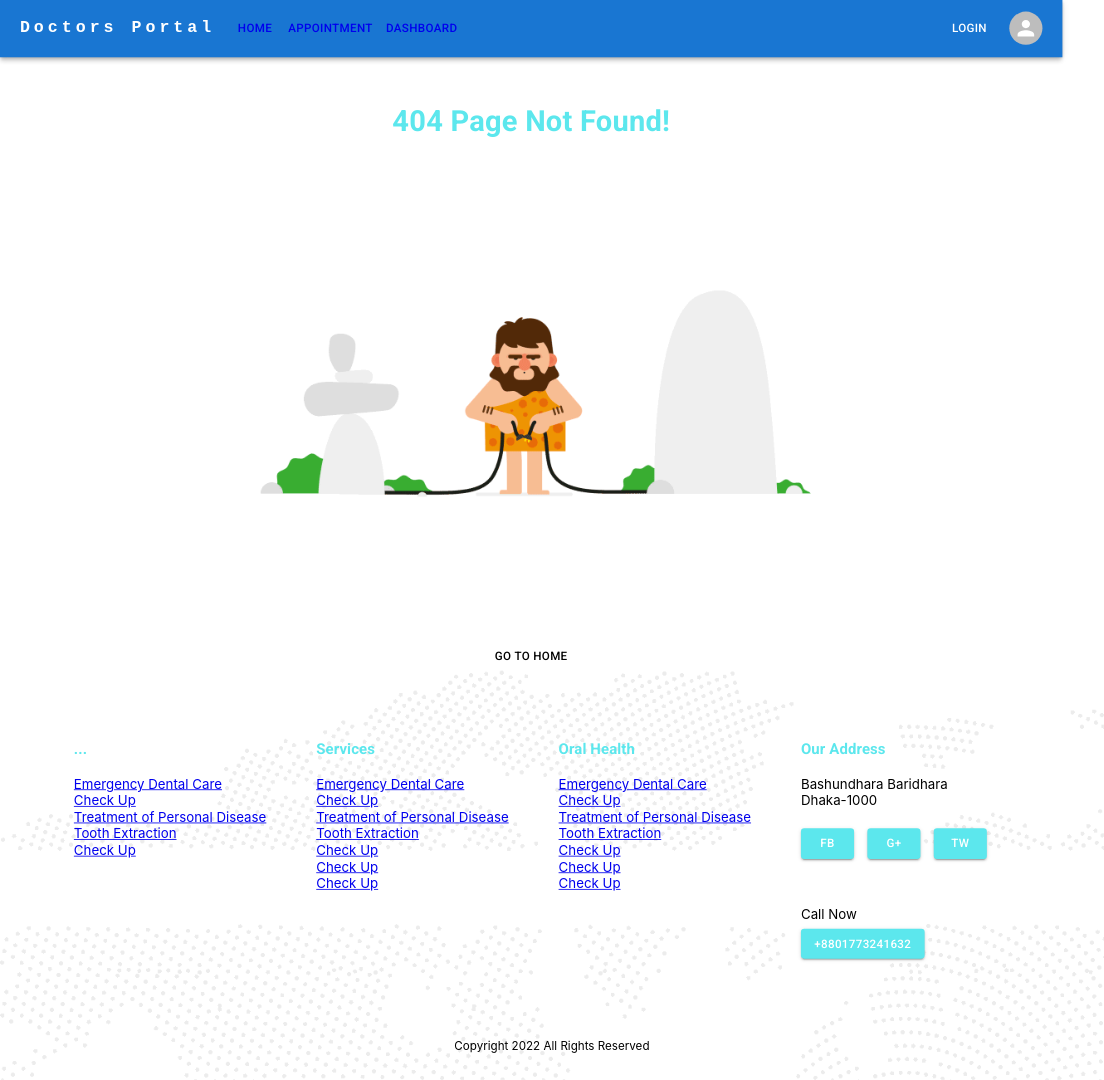
Repository: Sharif-00112/doctors-portal-client
Page: /checkUp
These files come from the project's save history. The page is drawn as it stood at one moment and after the next save; the edit follows.
The browser window is 1280 px wide. The page is 1330 px wide, then 1280 px, so the pictures cover 1330 px, including what lies to the right of the window. The pictures show the whole page, at 83% of full size.
The page's requests for data from a server got no answer. The project was rebuilt for these pictures with package versions that can differ from the ones it lists, and the page was loaded fresh each time. No one was signed in, and anything a server would have sent is missing. Also part of the build but not shown: src/Pages/Shared/Navigation/Navigation.js, src/Pages/Home/AppointmentBanner/AppointmentBanner.js, src/Pages/Home/Banner/Banner.js, src/Pages/Home/Contact/Contact.js, src/Pages/Home/Service/Service.js, src/Pages/Home/Services/Services.js, src/Pages/Home/Story/Story.js, src/Pages/Home/Home/Home.js and 15 more. Imported but missing from the stored project, and not drawn on this page: src/hooks/useTitle.

Above is the page before, as saved 2022-11-25 20:08:56.

### public/index.html
<!DOCTYPE html>
<html lang="en">
  <head>
    <meta charset="utf-8" />
    <link rel="icon" href="%PUBLIC_URL%/favicon.ico" />
    <meta name="viewport" content="width=device-width, initial-scale=1" />
    <meta name="theme-color" content="#000000" />
    <meta
      name="description"
      content="Web site created using create-react-app"
    />
    <link
      rel="stylesheet" href="https://fonts.googleapis.com/css?family=Roboto:300,400,500,700&display=swap"
    />

    <link rel="apple-touch-icon" href="%PUBLIC_URL%/logo192.png" />
    <!--
      manifest.json provides metadata used when your web app is installed on a
      user's mobile device or desktop. See https://developers.google.com/web/fundamentals/web-app-manifest/
    -->
    <link rel="manifest" href="%PUBLIC_URL%/manifest.json" />
    <!--
      Notice the use of %PUBLIC_URL% in the tags above.
      It will be replaced with the URL of the `public` folder during the build.
      Only files inside the `public` folder can be referenced from the HTML.

      Unlike "/favicon.ico" or "favicon.ico", "%PUBLIC_URL%/favicon.ico" will
      work correctly both with client-side routing and a non-root public URL.
      Learn how to configure a non-root public URL by running `npm run build`.
    -->
    <title>React App</title>
  </head>
  <body>
    <noscript>You need to enable JavaScript to run this app.</noscript>
    <div id="root"></div>
    <!--
      This HTML file is a template.
      If you open it directly in the browser, you will see an empty page.

      You can add webfonts, meta tags, or analytics to this file.
      The build step will place the bundled scripts into the <body> tag.

      To begin the development, run `npm start` or `yarn start`.
      To create a production bundle, use `npm run build` or `yarn build`.
    -->
  </body>
</html>

### src/App.js
import './App.css';
import { BrowserRouter as Router, Route, Routes} from 'react-router-dom';
import Home from './Pages/Home/Home/Home';
import Appointment from './Pages/Appointment/Appointment/Appointment';
import Login from './Pages/Login/Login/Login';
import Register from './Pages/Login/Register/Register';
import AuthProvider from './contexts/AuthProvider/AuthProvider';
import PrivateRoute from './Pages/Login/PrivateRoute/PrivateRoute';
import NotFound from './Pages/NotFound/NotFound';
import Dashboard from './Pages/Dashboard/Dashboard/Dashboard';
import ResponsiveNavigation from './Pages/Shared/Navigation/ResponsiveNavigation';
import Footer from './Pages/Shared/Footer/Footer';

function App() {
  return (
    <div className="App">
      <AuthProvider>
        <Router>
          {/* <Header></Header> */}
          <ResponsiveNavigation></ResponsiveNavigation>
          <Routes>
            <Route exact path = '/' element={<Home/>}/>
            <Route exact path = '/home' element={<Home/>}/>
            <Route exact path = '/login' element={<Login/>}/>
            <Route exact path = '/register' element={<Register/>}/>
            <Route exact path = '/appointment' element = {
              <PrivateRoute>
                <Appointment></Appointment>
              </PrivateRoute>
            }> </Route>
            <Route path = 'dashboard/*' element = {
              <PrivateRoute>
                <Dashboard></Dashboard>
              </PrivateRoute>
            }> </Route>
            <Route path = '*' element={<NotFound/>}/>
          </Routes>
          <Footer></Footer>
        </Router>
      </AuthProvider>
    </div>
  );
}

export default App;

### src/contexts/AuthProvider/AuthProvider.js
import React from 'react';
import { createContext } from 'react';
import useFirebase from '../../hooks/useFirebase';

//step-1-context
export const AuthContext = createContext();

const AuthProvider = (props) => {
    //step-3-context
    const {children} = props;

    //step-5-context
    const allContexts = useFirebase();

    return (
        //step-2-context
        <AuthContext.Provider value={allContexts}>
            {children}
        </AuthContext.Provider>
    );
};

export default AuthProvider;

### src/Pages/NotFound/NotFound.js
import React from 'react';
import Typography from '@mui/material/Typography';
import { NavLink } from 'react-router-dom';
import { Button } from '@mui/material';
import errorIMG from '../../images/images/dribbble_1.gif'

const NotFound = () => {
    return (
        <div>
            <Typography sx={{ mt:7, fontSize: 35, fontWeight: 600 }} style={{color: '#5CE7ED'}} variant="h4" component="div">
                404 Page Not Found!
            </Typography>
            <img src={errorIMG} alt="404 Page Not Found!" />
            <br />
            <NavLink
                // style={{ textDecoration:'none'}}
                to='/'>
                <Button sx={{ color: 'black' }}>
                    Go to Home
                </Button>
            </NavLink>
        </div>
    );
};

export default NotFound;

### src/Pages/Shared/Footer/Footer.js
import { Container } from '@mui/system';
import React from 'react';
import bg from '../../../images/images/footer-bg.png'
import Typography from '@mui/material/Typography';
import Box from '@mui/material/Box';
import Grid from '@mui/material/Unstable_Grid2';
import { Link } from 'react-router-dom';
import { Button } from '@mui/material';
// import { Icon } from '@mui/material';
// import FacebookRoundedIcon from '@mui/icons-material/FacebookRounded';
// import { FontAwesomeIcon } from '@fortawesome/react-fontawesome';
// import { faShoppingCart  } from '@fortawesome/free-solid-svg-icons';

const appointmentBanner = {
    background: `url(${bg})`,
    padding: 25,
    width: '100%'
}

const Footer = () => {
    return (
        <div style={appointmentBanner}>
            <Container sx={{ py: 5 }}>
                <Box sx={{ flexGrow: 1 }}>
                    <Grid container spacing={2}>
                        <Grid item style={{ textAlign: 'left'}} xs={6} md={3}>
                            <Typography sx={{ my:2, fontSize: 18, fontWeight: 600 }} style={{color: '#5CE7ED'}} variant="h6" component="div">
                                ...
                            </Typography>
                            <Link to = '/emergencyDentalCare'>
                                Emergency Dental Care
                            </Link>
                            <br />
                            <Link to = '/checkUp'>
                                Check Up
                            </Link>
                            <br />
                            <Link to = '/treatmentOfPersonalDisease'>
                                Treatment of Personal Disease
                            </Link>
                            <br />
                            <Link to = '/toothExtraction'>
                                Tooth Extraction
                            </Link>
                            <br />
                            <Link to = '/checkUp'>
                                Check Up
                            </Link>
                        </Grid>
                        <Grid item style={{ textAlign: 'left'}} xs={6} md={3}>
                            <Typography sx={{ my:2, fontSize: 18, fontWeight: 600 }} style={{color: '#5CE7ED'}} variant="h6" component="div">
                                Services
                            </Typography>
                            <Link to = '/emergencyDentalCare'>
                                Emergency Dental Care
                            </Link>
                            <br />
                            <Link to = '/checkUp'>
                                Check Up
                            </Link>
                            <br />
                            <Link to = '/treatmentOfPersonalDisease'>
                                Treatment of Personal Disease
                            </Link>
                            <br />
                            <Link to = '/toothExtraction'>
                                Tooth Extraction
                            </Link>
                            <br />
                            <Link to = '/checkUp'>
                                Check Up
                            </Link>
                            <br />
                            <Link to = '/checkUp'>
                                Check Up
                            </Link>
                            <br />
                            <Link to = '/checkUp'>
                                Check Up
                            </Link>
                        </Grid>
                        <Grid item style={{ textAlign: 'left'}} xs={6} md={3}>
                            <Typography sx={{ my:2, fontSize: 18, fontWeight: 600 }} style={{color: '#5CE7ED'}} variant="h6" component="div">
                                Oral Health
                            </Typography>
                            <Link to = '/emergencyDentalCare'>
                                Emergency Dental Care
                            </Link>
                            <br />
                            <Link to = '/checkUp'>
                                Check Up
                            </Link>
                            <br />
                            <Link to = '/treatmentOfPersonalDisease'>
                                Treatment of Personal Disease
                            </Link>
                            <br />
                            <Link to = '/toothExtraction'>
                                Tooth Extraction
                            </Link>
                            <br />
                            <Link to = '/checkUp'>
                                Check Up
                            </Link>
                            <br />
                            <Link to = '/checkUp'>
                                Check Up
                            </Link>
                            <br />
                            <Link to = '/checkUp'>
                                Check Up
                            </Link>
                        </Grid>
                        <Grid item style={{ textAlign: 'left'}} xs={6} md={3}>
                            <Typography sx={{ my:2, fontSize: 18, fontWeight: 600 }} style={{color: '#5CE7ED'}} variant="h6" component="div">
                                Our Address
                            </Typography>
                            <Typography sx={{ fontSize: 16, fontWeight: 400 }} variant="" component="div">
                                    Bashundhara Baridhara <br />
                                    Dhaka-1000
                            </Typography>

                            {/* <Button>
                                <FontAwesomeIcon icon={faShoppingCart} /> Cart
                                <FontAwesomeIcon icon="fa-brands fa-facebook" />
                            </Button> */}

                            <a href="https://www.facebook.com/" target="_blank" style={{ textDecoration:'none', color:'white' }}>
                                <Button sx={{ mt:3, mr:2 }} variant="contained" style={{backgroundColor: '#5CE7ED'}}>
                                    FB
                                </Button>
                            </a>
                            <a href="https://www.google.com/" target="_blank" style={{ textDecoration:'none', color:'white' }}>
                                <Button sx={{ mt:3, mr:2 }} variant="contained" style={{backgroundColor: '#5CE7ED'}}>
                                    G+
                                </Button>
                            </a>
                            <a href="https://twitter.com/" target="_blank" style={{ textDecoration:'none', color:'white' }}>
                                <Button sx={{ mt:3, mr:2 }} variant="contained" style={{backgroundColor: '#5CE7ED'}}>
                                    TW
                                </Button>
                            </a>

                            <Typography sx={{ mt:7, fontSize: 16, fontWeight: 400 }} variant="" component="div">
                                    Call Now
                            </Typography>
                            <a href="tel:+8801773241632" style={{ textDecoration:'none', color:'white' }}>
                                <Button sx={{ mt:1, mr:2 }} variant="contained" style={{backgroundColor: '#5CE7ED'}}>
                                    +8801773241632
                                </Button>
                            </a>
                        </Grid>
                    </Grid>
                </Box>
            </Container>
            <Typography sx={{ my:1, mt:7, fontSize: 14, fontWeight: 400 }} variant="" component="div">
                Copyright 2022 All Rights Reserved
            </Typography>
        </div>
    );
};

export default Footer;

### src/hooks/useAuth.js
//step-6-context

import { useContext } from "react"
import { AuthContext } from "../../src/contexts/AuthProvider/AuthProvider"

const useAuth = () =>{
    return useContext(AuthContext);
}

export default useAuth;

### src/hooks/useFirebase.js
import { useState } from "react";
import initializeAuthentication from "../Pages/Login/Firebase/firebase.initialize";
import { getAuth, signInWithPopup, GoogleAuthProvider, onAuthStateChanged, signOut, FacebookAuthProvider, createUserWithEmailAndPassword, signInWithEmailAndPassword, sendPasswordResetEmail, updatePassword, sendEmailVerification, updateProfile, getIdToken } from "firebase/auth";
import { useEffect } from "react";

initializeAuthentication();

const useFirebase = () =>{
    const [user, setUser] = useState({});
    const [error, setError] = useState('');
    const [name, setName] = useState('');
    const [email, setEmail] = useState('');
    const [password, setPassword] = useState('');
    const [isLoading, setIsLoading] = useState(true);
    const [admin, setAdmin] = useState(false);
    const [token, setToken] = useState('');

    const googleProvider = new GoogleAuthProvider();
    // const gitProvider = new GithubAuthProvider();
    const facebookProvider = new FacebookAuthProvider();
    const auth = getAuth();

    const signInUsingGoogle = () =>{
      setIsLoading(true);
      signInWithPopup(auth, googleProvider)
      .then((result) => {
          // This gives you a Google Access Token. You can use it to access the Google API.
          // const credential = GoogleAuthProvider.credentialFromResult(result);
          // const token = credential.accessToken;
          // The signed-in user info.
          setUser(result.user);
          // save user to the database
          saveUserToDB(result.user.email, result.user.displayName, 'PUT');
      }).catch((error) => {
          // Handle Errors here.
          setError(error.code);
          setError(error.message);
          // The email of the user's account used.
          setError(error.customData.email);
          // The AuthCredential type that was used.
          setError(GoogleAuthProvider.credentialFromError(error));
      }).finally(() =>{
        setIsLoading(false);
      });
    };

    const signInUsingFacebook = () =>{
      setIsLoading(true);
      signInWithPopup(auth, facebookProvider)
      .then((result) => {
        // The signed-in user info.
        setUser(result.user);
        // save user to the database
        saveUserToDB(result.user.email, result.user.displayName, 'PUT');

        // This gives you a Facebook Access Token. You can use it to access the Facebook API.
        // const credential = FacebookAuthProvider.credentialFromResult(result);
        // const accessToken = credential.accessToken;
      })
      .catch((error) => {
        // Handle Errors here.
        setError(error.code);
        setError(error.message);
        // The email of the user's account used.
        setError(error.customData.email);
        // The AuthCredential type that was used.
        setError(FacebookAuthProvider.credentialFromError(error));
      }).finally(() =>{
        setIsLoading(false);
      });
    };

    const customLogin = (email, password) =>{
      setIsLoading(true);
      signInWithEmailAndPassword(auth, email, password)
      .then((userCredential) => {
        // Signed in
        setUser(userCredential.user);
        setError('');
      })
      .catch((error) => {
        setError(error.code);
        setError(error.message);
      })
      .finally(() => setIsLoading(false));
    };

    const customRegister = (email, password) =>{
      setIsLoading(true);
      createUserWithEmailAndPassword(auth, email, password)
      .then((userCredential) => {
        // Signed in
        // const user = userCredential.user;
        // console.log(user);
        setUser(userCredential.user);
        // save user to the database
        saveUserToDB(userCredential.user.email, userCredential.user.displayName, 'POST')
        // clear error message
        setError('');
      })
      .catch((error) => {
        setError(error.code);
        setError(error.message);
      })
      .finally(() => setIsLoading(false));
    };

    const handleLoginSubmitBtn = e =>{
      e.preventDefault();
      // console.log(email, password);
      customLogin(email, password);
    }

    const handleRegisterSubmitBtn = e =>{
      e.preventDefault();
      // console.log(email, password);

      if(!/.{8,}/.test(password)){
        setError('Ensure password is of minimum length 8');
        return;
      }
      if(!/(?=.*[A-Z])/.test(password)){
        setError('Ensure password has minimum one uppercase letters');
        return;
      }
      if(!/(?=.*[!@#$%^&*()\-__+.])/.test(password)){
        setError('Ensure password has minimum one special case letter');
        return;
      }
      if(!/(?=.*[0-9])/.test(password)){
        setError('Ensure password has minimum one digits');
        return;
      }
      if(!/(?=.*[a-z])/.test(password)){
        setError('Ensure password has minimum one lowercase letters');
        return;
      }
      customRegister(email, password);
    }

    const handleNameChange = e =>{
      setName(e.target.value);
    }

    const handleEmailChange = e =>{
      setEmail(e.target.value);
    }

    const handlePasswordChange = e =>{
      setPassword(e.target.value);
    }

    const handleForgotPassword = () =>{
      sendPasswordResetEmail(auth, email)
      .then(() => {
        // Password reset email sent!
      })
      .catch((error) => {
        setError(error.code);
        setError(error.message);
      });
    }

    const handleChangePassword = () =>{
      const user = auth.currentUser;
      const newPassword = password;
      updatePassword(user, newPassword).then(() => {
        // Update successful.
      }).catch((error) => {
        setError(error.code);
        setError(error.message);
      });
    }

    const setUserName = () =>{
      updateProfile(auth.currentUser, {
        displayName: name
      }).then(() => {
        // Profile updated!
      }).catch((error) => {
        setError(error.code);
        setError(error.message);
      });
    }

    const verifyEmail = () =>{
      sendEmailVerification(auth.currentUser)
      .then(() => {
        // Email verification sent!
      }).catch((error) => {
        setError(error.code);
        setError(error.message);
      });
    }

    //observe user login change
    useEffect(()=>{
        const unsubscribe = onAuthStateChanged(auth, (user) => {
            if (user) {
              // User is signed in
              setUser(user);

              //JWT
              getIdToken(user)
              // .then(idToken => console.log(idToken))
              // .then(idToken => localStorage.setItem('idToken', idToken))
              .then(idToken => setToken(idToken))

            } else {
              // User is signed out
              setUser({});
            }
            setIsLoading(false);
          });
          return () => unsubscribe;
    },[auth]);

    // check Admin
    useEffect( () =>{
      fetch(`http://localhost:3005/users/${user.email}`)
      .then(res => res.json())
      .then(data => setAdmin(data.admin))
    } ,[user.email])

    const logout = () =>{
      setIsLoading(true);
      signOut(auth)
      .then(() => {
          // Sign-out successful.
          setUser({});
        }).catch((error) => {
          setError(error);
        }).finally(()=>{
          setIsLoading(false);
        });
    }

    const saveUserToDB = (email, displayName, method) =>{
      const user = {email, displayName};
      fetch('http://localhost:3005/users', {
          method: method,
          headers: {
              'content-type' : 'application/json'
          },
          body: JSON.stringify(user)
      })
      .then()
    }

    return {
      signInUsingGoogle,
      signInUsingFacebook,
      customLogin,
      customRegister,
      handleLoginSubmitBtn,
      handleRegisterSubmitBtn,
      handleNameChange,
      handleEmailChange,
      handlePasswordChange,
      handleForgotPassword,
      handleChangePassword,
      verifyEmail,
      setUserName,
      logout,
      user,
      admin,
      error,
      isLoading,
      token
    };
}

export default useFirebase;

### src/Pages/Login/Firebase/firebase.initialize.js
import { initializeApp } from "firebase/app";
import firebaseConfig from "./firebase.config";

const initializeAuthentication = () =>{
    initializeApp(firebaseConfig);
}

export default initializeAuthentication;

### src/Pages/Login/Firebase/firebase.config.js
// console.log(process.env);

const firebaseConfig = {
  apiKey: process.env.REACT_APP_FIREBASE_API_KEY,
  authDomain: process.env.REACT_APP_FIREBASE_AUTH_DOMAIN,
  projectId: process.env.REACT_APP_FIREBASE_PROJECT_ID,
  storageBucket: process.env.REACT_APP_FIREBASE_STORAGE_BUCKET,
  messagingSenderId: process.env.REACT_APP_FIREBASE_MESSAGING_SENDER_ID,
  appId: process.env.REACT_APP_FIREBASE_APP_ID,
  measurementId: process.env.REACT_APP_FIREBASE_MEASUREMENT_ID
};

export default firebaseConfig;

// .env.local
// REACT_APP_FIREBASE_API_KEY=AIzaSyCENU3GB_9S_0atKuxThVeipx-DW0iqgW0
// REACT_APP_FIREBASE_AUTH_DOMAIN=doctors-portal-00112.firebaseapp.com
// REACT_APP_FIREBASE_PROJECT_ID=doctors-portal-00112
// REACT_APP_FIREBASE_STORAGE_BUCKET=doctors-portal-00112.appspot.com
// REACT_APP_FIREBASE_MESSAGING_SENDER_ID=392940465552
// REACT_APP_FIREBASE_APP_ID=1:392940465552:web:273b27a817caf3ceaf9715
// REACT_APP_FIREBASE_MEASUREMENT_ID=G-SJ34R75ZFB

Loaded but not shown: src/index.js (common file); src/index.css (common file); src/reportWebVitals.js (common file); src/App.css (common file); src/Pages/Shared/Navigation/ResponsiveNavigation.js (227 lines, source omitted)

After the next save:
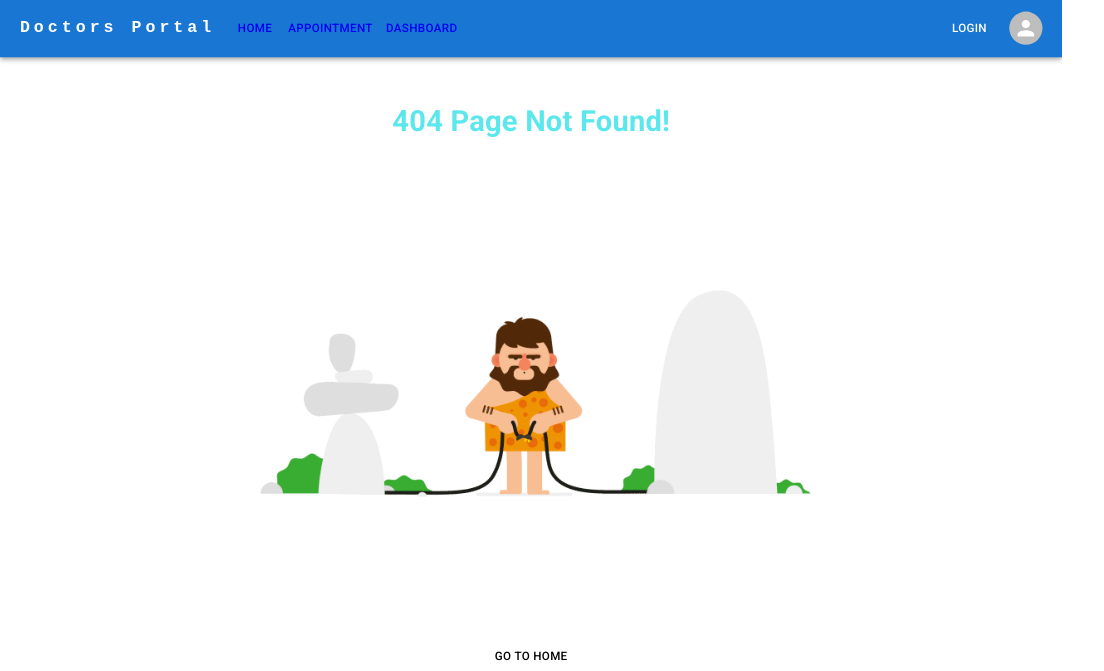
Saved 35 s later.
--- a/src/App.js
+++ b/src/App.js
@@ -9,7 +9,7 @@ import PrivateRoute from './Pages/Login/PrivateRoute/PrivateRoute';
 import NotFound from './Pages/NotFound/NotFound';
 import Dashboard from './Pages/Dashboard/Dashboard/Dashboard';
 import ResponsiveNavigation from './Pages/Shared/Navigation/ResponsiveNavigation';
-import Footer from './Pages/Shared/Footer/Footer';
+// import Footer from './Pages/Shared/Footer/Footer';
 
 function App() {
   return (
@@ -35,7 +35,7 @@ function App() {
             }> </Route>
             <Route path = '*' element={<NotFound/>}/>
           </Routes>
-          <Footer></Footer>
+          {/* <Footer></Footer>  */}
         </Router>
       </AuthProvider>
     </div>
